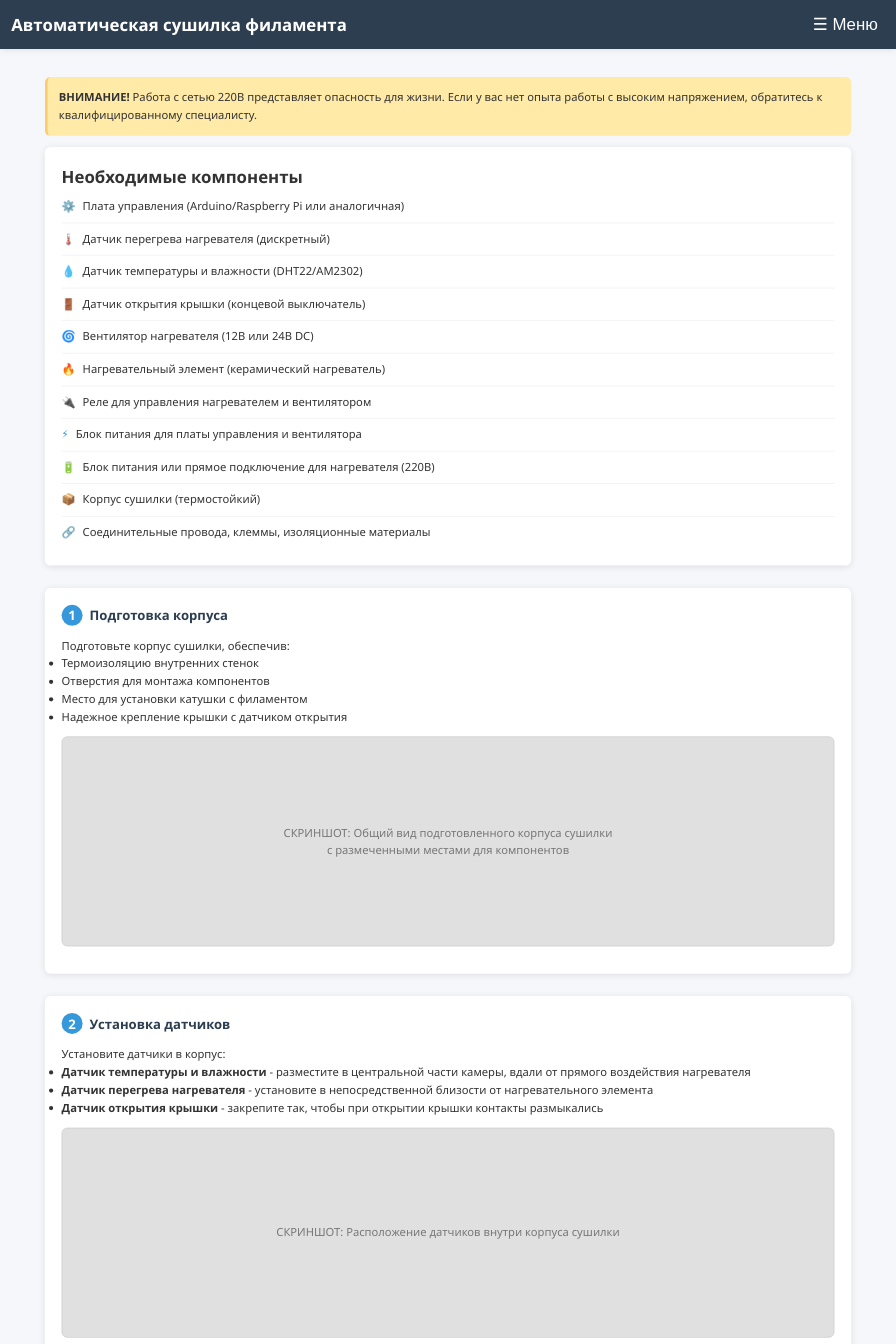
Repository: NikElectronics/MyDryerBot
Page: controller.html
An editor plug-in stored every save of this project. The page is shown before and after the next save, followed by the edit.
The browser window is 1280 px wide. The pictures show the part of the page from y = 0 to 1920 px (the page is 6203 px tall before and 6063 px after), at 70% of full size.

Above is the page before, as saved 2025-10-28 06:08:49.

### controller.html
<!DOCTYPE html>
<html lang="ru">
<head>
    <meta charset="UTF-8">
    <meta name="viewport" content="width=device-width, initial-scale=1.0">
    <title>Инструкция по сборке автоматической сушилки филамента</title>
    <style>
        :root {
            --primary-color: #2c3e50;
            --secondary-color: #3498db;
            --accent-color: #e74c3c;
            --light-color: #ecf0f1;
            --dark-color: #34495e;
            --text-color: #333;
            --sidebar-width: 280px;
            --border-radius: 8px;
            --box-shadow: 0 2px 10px rgba(0,0,0,0.1);
            --transition: all 0.3s ease;
        }

        * {
            margin: 0;
            padding: 0;
            box-sizing: border-box;
        }

        body {
            font-family: 'Segoe UI', Tahoma, Geneva, Verdana, sans-serif;
            line-height: 1.6;
            color: var(--text-color);
            background-color: #f5f7fa;
            overflow-x: hidden;
        }

        /* Header Styles */
        header {
            background-color: var(--primary-color);
            color: white;
            padding: 1rem;
            box-shadow: var(--box-shadow);
            position: sticky;
            top: 0;
            z-index: 100;
            display: flex;
            justify-content: space-between;
            align-items: center;
        }

        .logo {
            font-size: 1.5rem;
            font-weight: bold;
        }

        .menu-toggle {
            background: none;
            border: none;
            color: white;
            font-size: 1.5rem;
            cursor: pointer;
            padding: 5px 10px;
            border-radius: 4px;
            transition: var(--transition);
        }

        .menu-toggle:hover {
            background-color: rgba(255, 255, 255, 0.1);
        }

        /* Sidebar Styles */
        .sidebar {
            position: fixed;
            top: 0;
            left: -100%;
            width: var(--sidebar-width);
            height: 100vh;
            background-color: white;
            box-shadow: 2px 0 10px rgba(0,0,0,0.1);
            transition: var(--transition);
            z-index: 200;
            overflow-y: auto;
            padding: 1rem;
        }

        .sidebar.active {
            left: 0;
        }

        .sidebar-header {
            display: flex;
            justify-content: space-between;
            align-items: center;
            margin-bottom: 1.5rem;
            padding-bottom: 1rem;
            border-bottom: 1px solid var(--light-color);
        }

        .sidebar-close {
            background: none;
            border: none;
            font-size: 1.5rem;
            cursor: pointer;
            color: var(--dark-color);
        }

        .sidebar-menu {
            list-style: none;
        }

        .sidebar-menu li {
            margin-bottom: 0.5rem;
        }

        .sidebar-menu a {
            display: block;
            padding: 0.75rem 1rem;
            color: var(--dark-color);
            text-decoration: none;
            border-radius: var(--border-radius);
            transition: var(--transition);
        }

        .sidebar-menu a:hover, .sidebar-menu a.active {
            background-color: var(--secondary-color);
            color: white;
        }

        /* Overlay for mobile */
        .overlay {
            position: fixed;
            top: 0;
            left: 0;
            width: 100%;
            height: 100%;
            background-color: rgba(0,0,0,0.5);
            z-index: 150;
            opacity: 0;
            visibility: hidden;
            transition: var(--transition);
        }

        .overlay.active {
            opacity: 1;
            visibility: visible;
        }

        /* Main Content Styles */
        .main-content {
            padding: 1.5rem;
            max-width: 1200px;
            margin: 0 auto;
            transition: var(--transition);
        }

        .main-content.shifted {
            margin-left: var(--sidebar-width);
        }

        .step {
            background-color: white;
            margin-bottom: 2rem;
            padding: 1.5rem;
            border-radius: var(--border-radius);
            box-shadow: var(--box-shadow);
        }

        .step h3 {
            color: var(--primary-color);
            margin-bottom: 1rem;
            display: flex;
            align-items: center;
        }

        .step-number {
            display: inline-flex;
            align-items: center;
            justify-content: center;
            width: 30px;
            height: 30px;
            background-color: var(--secondary-color);
            color: white;
            border-radius: 50%;
            margin-right: 10px;
            font-weight: bold;
        }

        .screenshot {
            width: 100%;
            height: 300px;
            background-color: #e0e0e0;
            margin: 15px 0;
            display: flex;
            align-items: center;
            justify-content: center;
            border-radius: var(--border-radius);
            border: 1px solid #ccc;
            overflow: hidden;
        }

        .screenshot-placeholder {
            text-align: center;
            color: #777;
            padding: 20px;
        }

        .warning, .note {
            padding: 1rem;
            border-radius: var(--border-radius);
            margin: 1rem 0;
        }

        .warning {
            background-color: #ffeaa7;
            border-left: 4px solid #fdcb6e;
        }

        .note {
            background-color: #d1ecf1;
            border-left: 4px solid #17a2b8;
        }

        .components-list {
            list-style-type: none;
            padding-left: 0;
        }

        .components-list li {
            padding: 10px 0;
            border-bottom: 1px solid #eee;
            display: flex;
            align-items: center;
        }

        .components-list li:last-child {
            border-bottom: none;
        }

        .component-icon {
            margin-right: 10px;
            color: var(--secondary-color);
        }

        /* Footer Styles */
        footer {
            background-color: var(--dark-color);
            color: white;
            text-align: center;
            padding: 1.5rem;
            margin-top: 2rem;
        }

        /* Responsive Styles */
        @media (max-width: 768px) {
            .main-content.shifted {
                margin-left: 0;
            }

            .step {
                padding: 1rem;
            }
        }

        @media (max-width: 480px) {
            header {
                flex-direction: column;
                text-align: center;
                gap: 10px;
            }

            .step h3 {
                flex-direction: column;
                align-items: flex-start;
            }

            .step-number {
                margin-bottom: 5px;
            }
        }
    </style>
</head>
<body>
    <header>
        <div class="logo">Автоматическая сушилка филамента</div>
        <button class="menu-toggle" id="menuToggle">☰ Меню</button>
    </header>

    <!-- Overlay for mobile menu -->
    <div class="overlay" id="overlay"></div>

    <!-- Sidebar -->
    <aside class="sidebar" id="sidebar">
        <div class="sidebar-header">
            <h2>Содержание</h2>
            <button class="sidebar-close" id="sidebarClose">×</button>
        </div>
        <ul class="sidebar-menu">
            <li><a href="#components" class="active">Необходимые компоненты</a></li>
            <li><a href="#step1">Шаг 1: Подготовка корпуса</a></li>
            <li><a href="#step2">Шаг 2: Установка датчиков</a></li>
            <li><a href="#step3">Шаг 3: Монтаж нагревателя и вентилятора</a></li>
            <li><a href="#step4">Шаг 4: Подключение к плате управления</a></li>
            <li><a href="#step5">Шаг 5: Подключение питания 220В</a></li>
            <li><a href="#step6">Шаг 6: Программирование платы</a></li>
            <li><a href="#step7">Шаг 7: Тестирование системы</a></li>
            <li><a href="#step8">Шаг 8: Финальная сборка</a></li>
            <li><a href="#recommendations">Рекомендации по эксплуатации</a></li>
        </ul>
    </aside>

    <!-- Main Content -->
    <main class="main-content" id="mainContent">
        <div class="warning">
            <strong>ВНИМАНИЕ!</strong> Работа с сетью 220В представляет опасность для жизни.
            Если у вас нет опыта работы с высоким напряжением, обратитесь к квалифицированному специалисту.
        </div>

        <section id="components" class="step">
            <h2>Необходимые компоненты</h2>
            <ul class="components-list">
                <li><span class="component-icon">⚙️</span> Плата управления (Arduino/Raspberry Pi или аналогичная)</li>
                <li><span class="component-icon">🌡️</span> Датчик перегрева нагревателя (дискретный)</li>
                <li><span class="component-icon">💧</span> Датчик температуры и влажности (DHT22/AM2302)</li>
                <li><span class="component-icon">🚪</span> Датчик открытия крышки (концевой выключатель)</li>
                <li><span class="component-icon">🌀</span> Вентилятор нагревателя (12В или 24В DC)</li>
                <li><span class="component-icon">🔥</span> Нагревательный элемент (керамический нагреватель)</li>
                <li><span class="component-icon">🔌</span> Реле для управления нагревателем и вентилятором</li>
                <li><span class="component-icon">⚡</span> Блок питания для платы управления и вентилятора</li>
                <li><span class="component-icon">🔋</span> Блок питания или прямое подключение для нагревателя (220В)</li>
                <li><span class="component-icon">📦</span> Корпус сушилки (термостойкий)</li>
                <li><span class="component-icon">🔗</span> Соединительные провода, клеммы, изоляционные материалы</li>
            </ul>
        </section>

        <section id="step1" class="step">
            <h3><span class="step-number">1</span> Подготовка корпуса</h3>
            <p>Подготовьте корпус сушилки, обеспечив:</p>
            <ul>
                <li>Термоизоляцию внутренних стенок</li>
                <li>Отверстия для монтажа компонентов</li>
                <li>Место для установки катушки с филаментом</li>
                <li>Надежное крепление крышки с датчиком открытия</li>
            </ul>
            <div class="screenshot">
                <div class="screenshot-placeholder">
                    <p>СКРИНШОТ: Общий вид подготовленного корпуса сушилки</p>
                    <p>с размеченными местами для компонентов</p>
                </div>
            </div>
        </section>

        <section id="step2" class="step">
            <h3><span class="step-number">2</span> Установка датчиков</h3>
            <p>Установите датчики в корпус:</p>
            <ul>
                <li><strong>Датчик температуры и влажности</strong> - разместите в центральной части камеры, вдали от прямого воздействия нагревателя</li>
                <li><strong>Датчик перегрева нагревателя</strong> - установите в непосредственной близости от нагревательного элемента</li>
                <li><strong>Датчик открытия крышки</strong> - закрепите так, чтобы при открытии крышки контакты размыкались</li>
            </ul>
            <div class="screenshot">
                <div class="screenshot-placeholder">
                    <p>СКРИНШОТ: Расположение датчиков внутри корпуса сушилки</p>
                </div>
            </div>
        </section>

        <section id="step3" class="step">
            <h3><span class="step-number">3</span> Монтаж нагревателя и вентилятора</h3>
            <p>Установите систему нагрева и вентиляции:</p>
            <ul>
                <li>Нагревательный элемент разместите в нижней части камеры</li>
                <li>Вентилятор установите для равномерного распределения тепла</li>
                <li>Обеспечьте безопасное расстояние между нагревателем и другими компонентами</li>
            </ul>
            <div class="screenshot">
                <div class="screenshot-placeholder">
                    <p>СКРИНШОТ: Расположение нагревателя и вентилятора в корпусе</p>
                </div>
            </div>
        </section>

        <section id="step4" class="step">
            <h3><span class="step-number">4</span> Подключение к плате управления</h3>
            <p>Подключите все компоненты к плате управления согласно схеме:</p>

            <h4>Схема подключения:</h4>
            <ul>
                <li><strong>Датчик температуры/влажности</strong> → Цифровые пины платы</li>
                <li><strong>Датчик перегрева</strong> → Цифровые пины платы (вход)</li>
                <li><strong>Датчик крышки</strong> → Цифровые пины платы (вход)</li>
                <li><strong>Реле нагревателя</strong> → Цифровые пины платы (выход)</li>
                <li><strong>Реле вентилятора</strong> → Цифровые пины платы (выход)</li>
            </ul>

            <div class="screenshot">
                <div class="screenshot-placeholder">
                    <p>СКРИНШОТ: Схема подключения компонентов к плате управления</p>
                </div>
            </div>

            <div class="note">
                <strong>Примечание:</strong> Для управления нагревателем и вентилятором используйте реле,
                так как они требуют большего тока/напряжения, чем может обеспечить плата управления напрямую.
            </div>
        </section>

        <section id="step5" class="step">
            <h3><span class="step-number">5</span> Подключение питания 220В</h3>
            <p>ВНИМАНИЕ! Этот шаг требует особой осторожности!</p>
            <ul>
                <li>Подключите сетевой кабель 220В к клеммной колодке</li>
                <li>Подключите нагреватель через реле к сети 220В</li>
                <li>Используйте предохранитель в цепи питания</li>
                <li>Убедитесь в надежной изоляции всех соединений</li>
            </ul>
            <div class="screenshot">
                <div class="screenshot-placeholder">
                    <p>СКРИНШОТ: Схема подключения компонентов к сети 220В</p>
                    <p>с указанием изоляции и предохранителя</p>
                </div>
            </div>

            <div class="warning">
                <strong>ВАЖНО:</strong> Перед подключением к сети 220В убедитесь, что все соединения надежно изолированы,
                а проводка выполнена с соблюдением правил электробезопасности.
            </div>
        </section>

        <section id="step6" class="step">
            <h3><span class="step-number">6</span> Программирование платы управления</h3>
            <p>Напишите и загрузите код для управления сушилкой:</p>
            <ul>
                <li>Реализуйте ПИД-регулятор для точного контроля температуры</li>
                <li>Добавьте обработку сигналов от всех датчиков</li>
                <li>Реализуйте аварийное отключение при срабатывании датчика перегрева</li>
                <li>Добавьте остановку нагрева при открытии крышки</li>
            </ul>
            <div class="screenshot">
                <div class="screenshot-placeholder">
                    <p>СКРИНШОТ: Пример кода с основными функциями управления</p>
                </div>
            </div>
        </section>

        <section id="step7" class="step">
            <h3><span class="step-number">7</span> Тестирование системы</h3>
            <p>Проведите тестирование всех функций сушилки:</p>
            <ul>
                <li>Проверьте работу нагревателя и точность поддержания температуры</li>
                <li>Убедитесь в корректной работе вентилятора</li>
                <li>Протестируйте аварийное отключение при срабатывании датчика перегрева</li>
                <li>Проверьте остановку нагрева при открытии крышки</li>
                <li>Убедитесь в точности показаний датчика температуры и влажности</li>
            </ul>
            <div class="screenshot">
                <div class="screenshot-placeholder">
                    <p>СКРИНШОТ: Процесс тестирования сушилки</p>
                    <p>с подключенными измерительными приборами</p>
                </div>
            </div>
        </section>

        <section id="step8" class="step">
            <h3><span class="step-number">8</span> Финальная сборка и настройка</h3>
            <p>После успешного тестирования:</p>
            <ul>
                <li>Надежно закрепите все компоненты внутри корпуса</li>
                <li>Установите оптимальные параметры сушки для разных типов филамента</li>
                <li>Проверьте работу системы в течение длительного времени</li>
            </ul>
            <div class="screenshot">
                <div class="screenshot-placeholder">
                    <p>СКРИНШОТ: Готовая сушилка филамента в сборе</p>
                </div>
            </div>
        </section>

        <section id="recommendations" class="step">
            <h2>Рекомендации по эксплуатации</h2>
            <ul>
                <li>Регулярно проверяйте надежность всех соединений</li>
                <li>Не оставляйте работающую сушилку без присмотра на длительное время</li>
                <li>Следите за чистотой внутренней камеры сушилки</li>
                <li>Периодически калибруйте датчик температуры и влажности</li>
            </ul>

            <div class="note">
                <strong>Примечание:</strong> Данная инструкция является обобщенной.
                Конкретная реализация может отличаться в зависимости от используемых компонентов и конструкции корпуса.
            </div>
        </section>
    </main>

    <footer>
        <p>Инструкция по сборке автоматической сушилки филамента</p>
        <p>© 2023 | Безопасность прежде всего!</p>
    </footer>

    <script>
        // Элементы DOM
        const menuToggle = document.getElementById('menuToggle');
        const sidebar = document.getElementById('sidebar');
        const sidebarClose = document.getElementById('sidebarClose');
        const overlay = document.getElementById('overlay');
        const mainContent = document.getElementById('mainContent');
        const sidebarLinks = document.querySelectorAll('.sidebar-menu a');

        // Открытие бокового меню
        menuToggle.addEventListener('click', function() {
            sidebar.classList.add('active');
            overlay.classList.add('active');
            document.body.style.overflow = 'hidden';
        });

        // Закрытие бокового меню
        function closeSidebar() {
            sidebar.classList.remove('active');
            overlay.classList.remove('active');
            document.body.style.overflow = 'auto';
        }

        sidebarClose.addEventListener('click', closeSidebar);
        overlay.addEventListener('click', closeSidebar);

        // Закрытие меню при клике на ссылку
        sidebarLinks.forEach(link => {
            link.addEventListener('click', function() {
                closeSidebar();

                // Убираем активный класс у всех ссылок
                sidebarLinks.forEach(l => l.classList.remove('active'));
                // Добавляем активный класс к текущей ссылке
                this.classList.add('active');
            });
        });

        // Плавная прокрутка к якорям
        sidebarLinks.forEach(anchor => {
            anchor.addEventListener('click', function(e) {
                e.preventDefault();

                const targetId = this.getAttribute('href');
                const targetElement = document.querySelector(targetId);

                window.scrollTo({
                    top: targetElement.offsetTop - 20,
                    behavior: 'smooth'
                });
            });
        });

        // Закрытие меню при нажатии Escape
        document.addEventListener('keydown', function(e) {
            if (e.key === 'Escape') {
                closeSidebar();
            }
        });

        // Подсветка активного раздела в меню при прокрутке
        window.addEventListener('scroll', function() {
            const sections = document.querySelectorAll('.step, #components');
            let currentSection = '';

            sections.forEach(section => {
                const sectionTop = section.offsetTop;
                const sectionHeight = section.clientHeight;
                if (pageYOffset >= sectionTop - 100) {
                    currentSection = section.getAttribute('id');
                }
            });

            sidebarLinks.forEach(link => {
                link.classList.remove('active');
                if (link.getAttribute('href') === '#' + currentSection) {
                    link.classList.add('active');
                }
            });
        });
    </script>
</body>
</html>

After the next save:
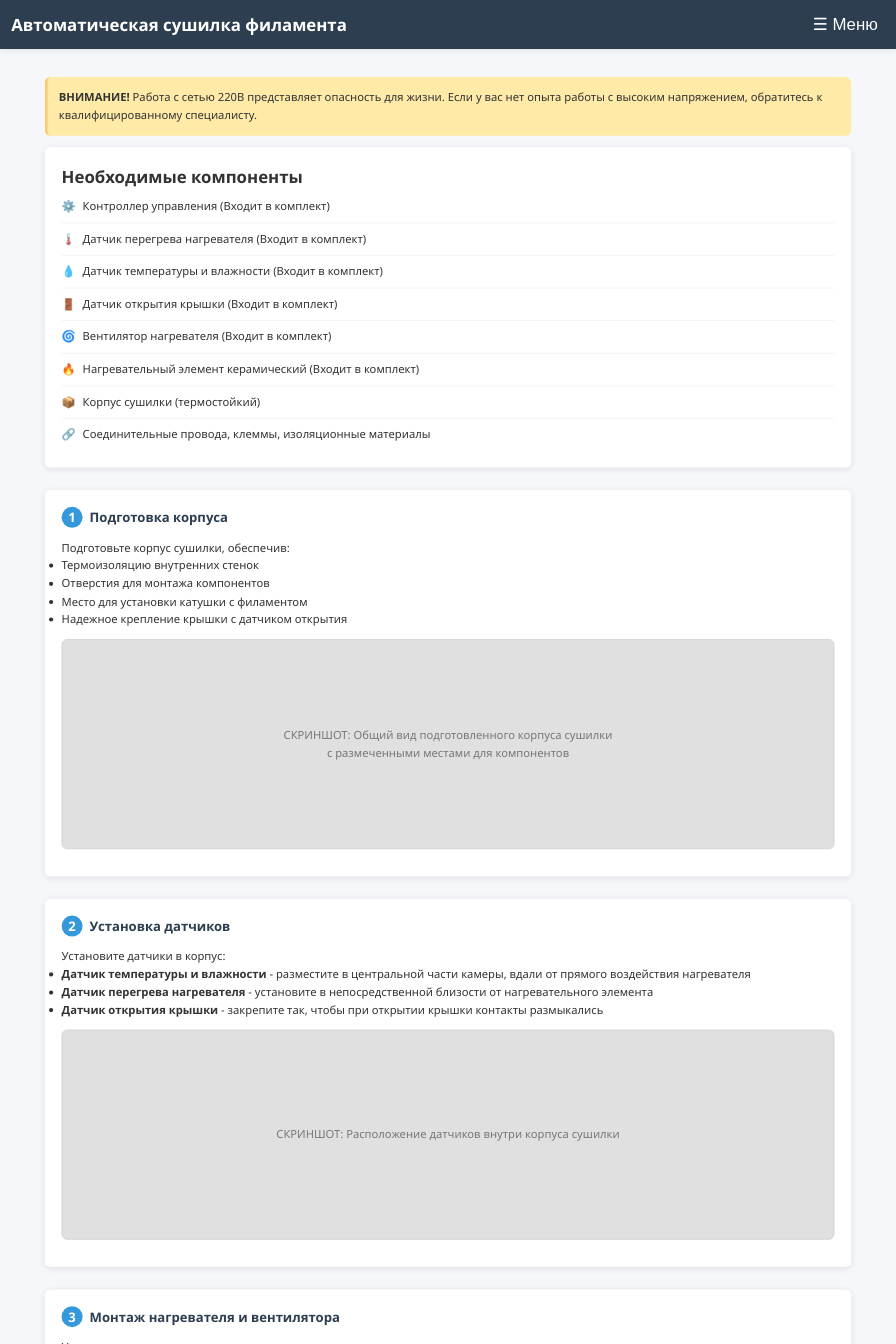
Saved 3 min 11 s later.
--- a/controller.html
+++ b/controller.html
@@ -316,15 +316,12 @@
         <section id="components" class="step">
             <h2>Необходимые компоненты</h2>
             <ul class="components-list">
-                <li><span class="component-icon">⚙️</span> Плата управления (Arduino/Raspberry Pi или аналогичная)</li>
-                <li><span class="component-icon">🌡️</span> Датчик перегрева нагревателя (дискретный)</li>
-                <li><span class="component-icon">💧</span> Датчик температуры и влажности (DHT22/AM2302)</li>
-                <li><span class="component-icon">🚪</span> Датчик открытия крышки (концевой выключатель)</li>
-                <li><span class="component-icon">🌀</span> Вентилятор нагревателя (12В или 24В DC)</li>
-                <li><span class="component-icon">🔥</span> Нагревательный элемент (керамический нагреватель)</li>
-                <li><span class="component-icon">🔌</span> Реле для управления нагревателем и вентилятором</li>
-                <li><span class="component-icon">⚡</span> Блок питания для платы управления и вентилятора</li>
-                <li><span class="component-icon">🔋</span> Блок питания или прямое подключение для нагревателя (220В)</li>
+                <li><span class="component-icon">⚙️</span> Контроллер управления (Входит в комплект)</li>
+                <li><span class="component-icon">🌡️</span> Датчик перегрева нагревателя (Входит в комплект)</li>
+                <li><span class="component-icon">💧</span> Датчик температуры и влажности (Входит в комплект)</li>
+                <li><span class="component-icon">🚪</span> Датчик открытия крышки (Входит в комплект)</li>
+                <li><span class="component-icon">🌀</span> Вентилятор нагревателя  (Входит в комплект)</li>
+                <li><span class="component-icon">🔥</span> Нагревательный элемент керамический (Входит в комплект)</li>
                 <li><span class="component-icon">📦</span> Корпус сушилки (термостойкий)</li>
                 <li><span class="component-icon">🔗</span> Соединительные провода, клеммы, изоляционные материалы</li>
             </ul>
